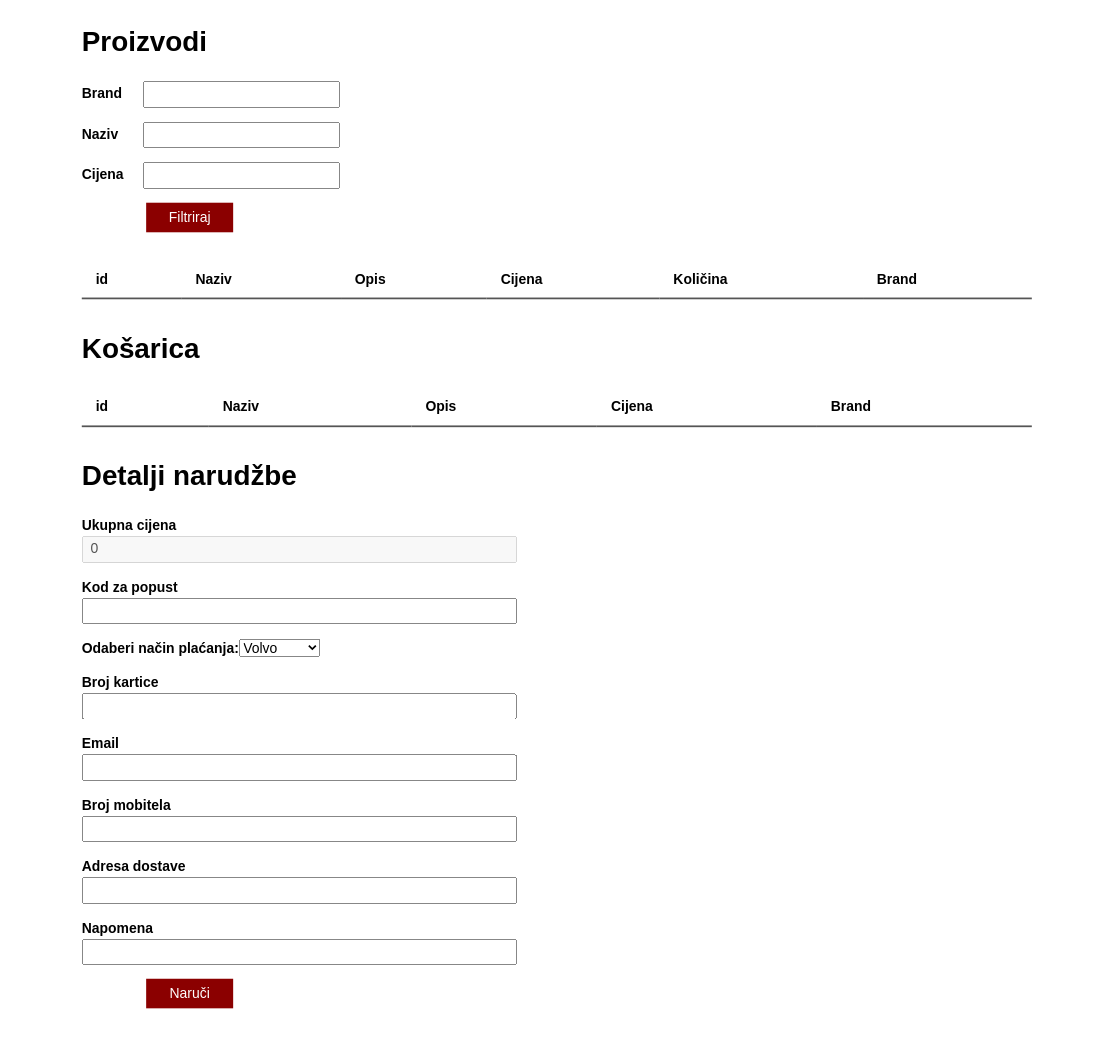
Repository: ivan-baljkas/pristupni_zadatak
Page: / (app in frontend/react-akademija-master/)
The author's editor kept a copy of each file at every save. The page is drawn from the files as they stood at one save, then again after the next save.
The browser window is 1280 px wide. The pictures show the whole page, at 87% of full size.
The page's requests for data from a server got no answer. The project was rebuilt for these pictures with package versions that can differ from the ones it lists, and the page was loaded fresh each time. No one was signed in, and anything a server would have sent is missing. Also part of the build but not shown: frontend/react-akademija-master/src/components/TableItem.jsx, frontend/react-akademija-master/src/components/TableItem2.jsx.

Above is the page before, as saved 2021-07-26 11:52:50.

After the next save:
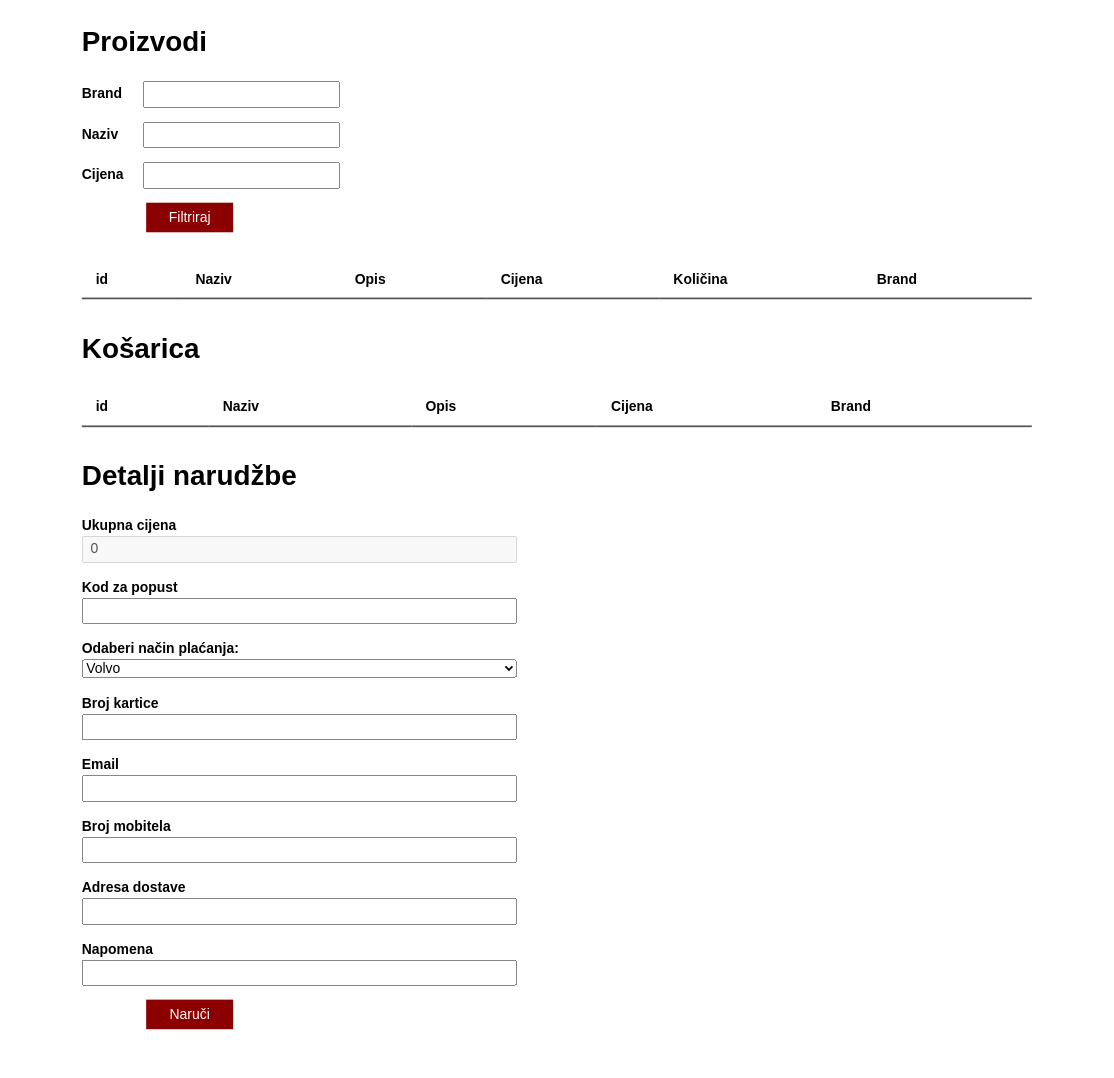
Saved 14 s later.
--- a/frontend/react-akademija-master/src/index.css
+++ b/frontend/react-akademija-master/src/index.css
@@ -108,3 +108,8 @@ form label {
   width: 100%;
   clear: both;
 }
+
+.container select {
+  width: 100%;
+  clear: both;
+}
